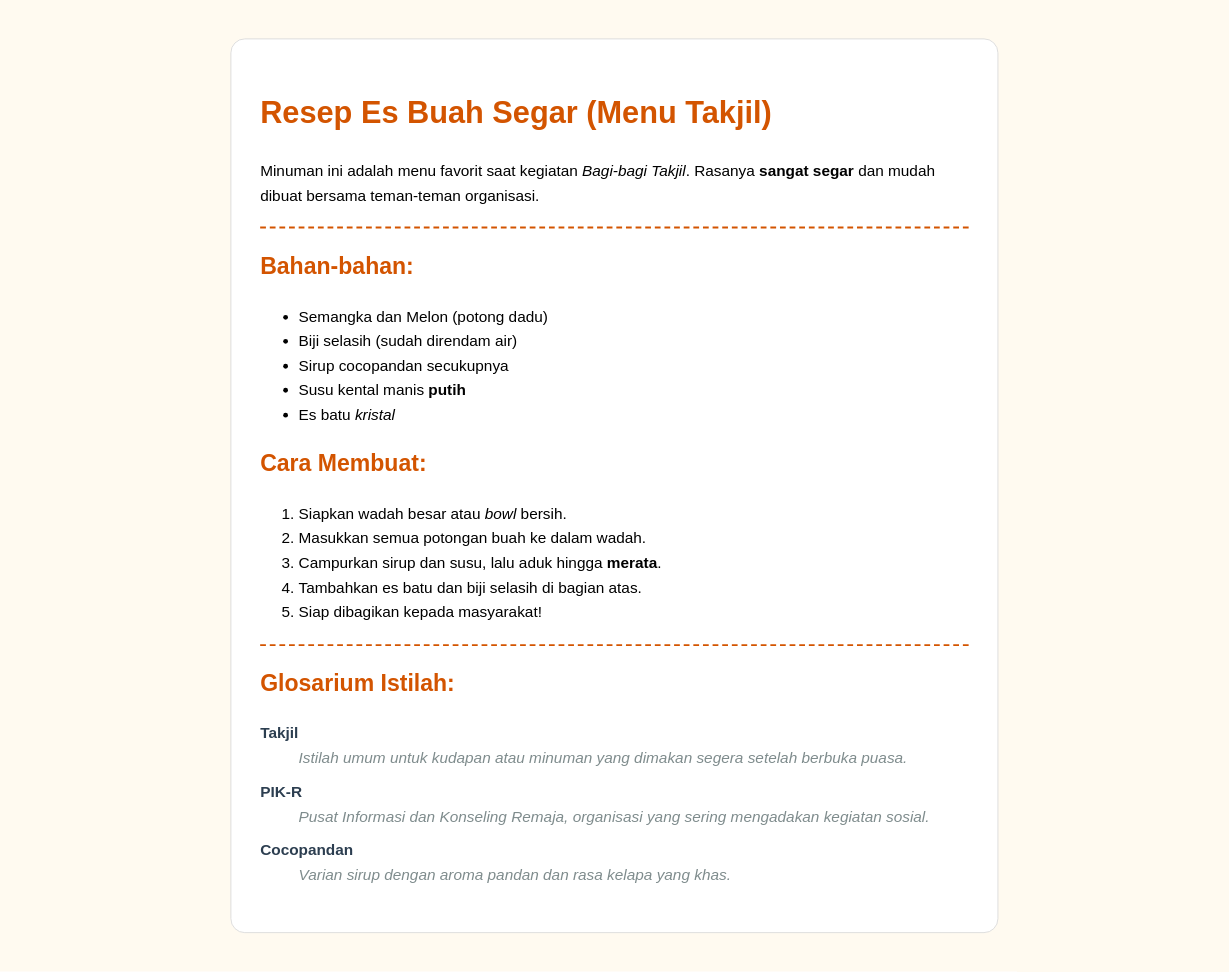
Repository: sekartazivi/241552010020-Web-Application-Development
Page: tugas pertemuan 2/latihan3.html
An editor plug-in stored every save of this project. The page is shown before and after the next save, followed by the edit.
The browser window is 1280 px wide. The pictures show the whole page, at 96% of full size.

Above is the page before, as saved 2026-02-23 14:29:47.

### tugas pertemuan 2/latihan3.html
<!DOCTYPE html>
<html lang="id">
<head>
    <meta charset="UTF-8">
    <title>Resep Takjil Segar - Denvi Sekartazi</title>
    <style>
        body { font-family: sans-serif; line-height: 1.6; max-width: 800px; margin: 20px auto; padding: 20px; background-color: #fffaf0; }
        .recipe-card { background: white; padding: 30px; border-radius: 15px; border: 1px solid #ddd; }
        h1, h2 { color: #d35400; }
        dt { font-weight: bold; color: #2c3e50; margin-top: 10px; }
        dd { font-style: italic; color: #7f8c8d; }
        hr { border: 0; border-top: 2px dashed #d35400; margin: 20px 0; }
    </style>
</head>
<body>

<div class="recipe-card">
    <h1>Resep Es Buah Segar (Menu Takjil)</h1>
    <p>Minuman ini adalah menu favorit saat kegiatan <em>Bagi-bagi Takjil</em>. Rasanya <strong>sangat segar</strong> dan mudah dibuat bersama teman-teman organisasi.</p>

    <hr>

    <h2>Bahan-bahan:</h2>
    <ul>
        <li>Semangka dan Melon (potong dadu)</li>
        <li>Biji selasih (sudah direndam air)</li>
        <li>Sirup cocopandan secukupnya</li>
        <li>Susu kental manis <strong>putih</strong></li>
        <li>Es batu <em>kristal</em></li>
    </ul>

    <h2>Cara Membuat:</h2>
    <ol>
        <li>Siapkan wadah besar atau <em>bowl</em> bersih.</li>
        <li>Masukkan semua potongan buah ke dalam wadah.</li>
        <li>Campurkan sirup dan susu, lalu aduk hingga <strong>merata</strong>.</li>
        <li>Tambahkan es batu dan biji selasih di bagian atas.</li>
        <li>Siap dibagikan kepada masyarakat!</li>
    </ol>

    <hr>

    <h2>Glosarium Istilah:</h2>
    <dl>
        <dt>Takjil</dt>
        <dd>Istilah umum untuk kudapan atau minuman yang dimakan segera setelah berbuka puasa.</dd>

        <dt>PIK-R</dt>
        <dd>Pusat Informasi dan Konseling Remaja, organisasi yang sering mengadakan kegiatan sosial.</dd>

        <dt>Cocopandan</dt>
        <dd>Varian sirup dengan aroma pandan dan rasa kelapa yang khas.</dd>
    </dl>
</div>

</body>
</html>

After the next save:
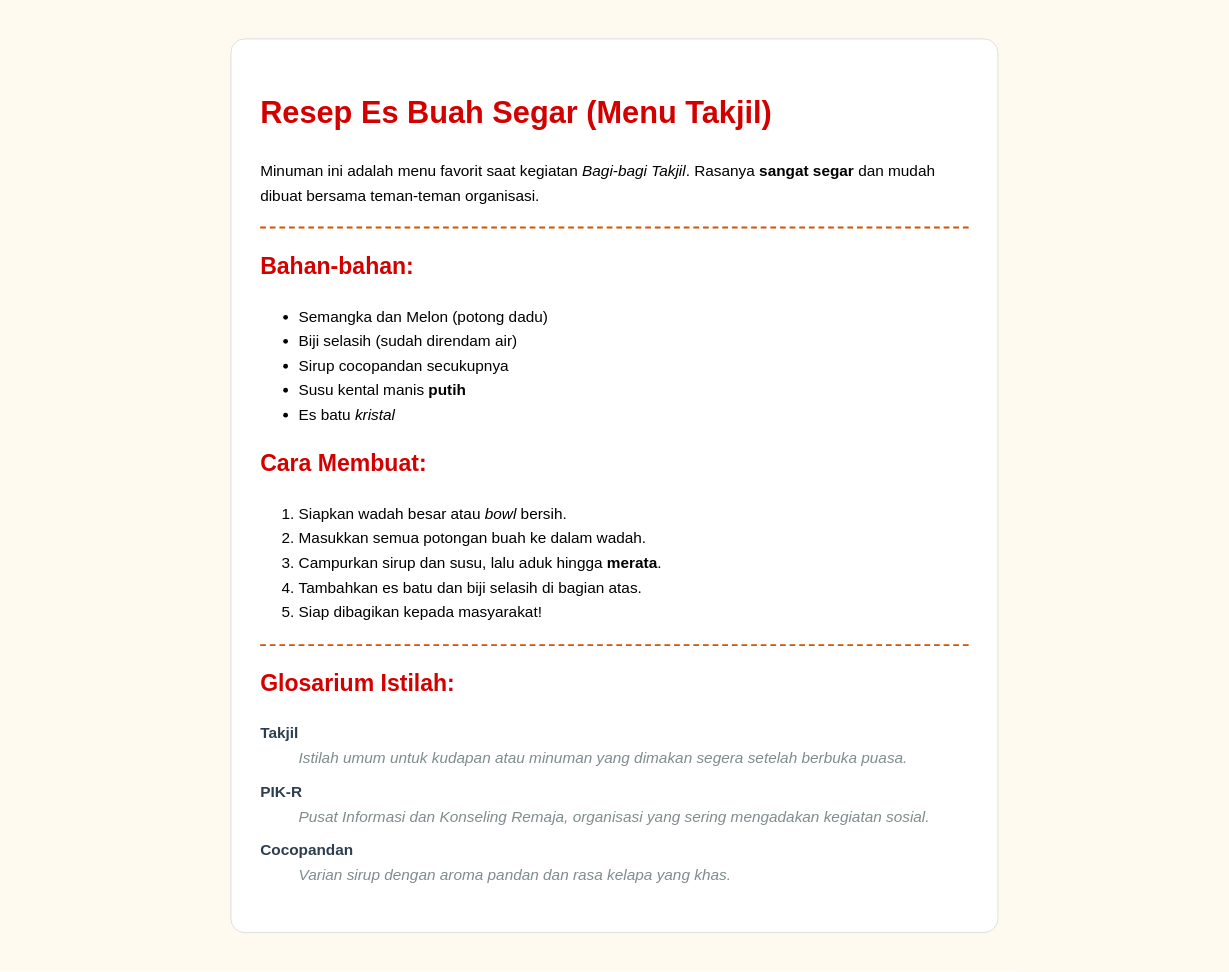
Saved 58 s later.
--- a/tugas pertemuan 2/latihan3.html
+++ b/tugas pertemuan 2/latihan3.html
@@ -6,7 +6,7 @@
     <style>
         body { font-family: sans-serif; line-height: 1.6; max-width: 800px; margin: 20px auto; padding: 20px; background-color: #fffaf0; }
         .recipe-card { background: white; padding: 30px; border-radius: 15px; border: 1px solid #ddd; }
-        h1, h2 { color: #d35400; }
+        h1, h2 { color: #d30000; }
         dt { font-weight: bold; color: #2c3e50; margin-top: 10px; }
         dd { font-style: italic; color: #7f8c8d; }
         hr { border: 0; border-top: 2px dashed #d35400; margin: 20px 0; }
